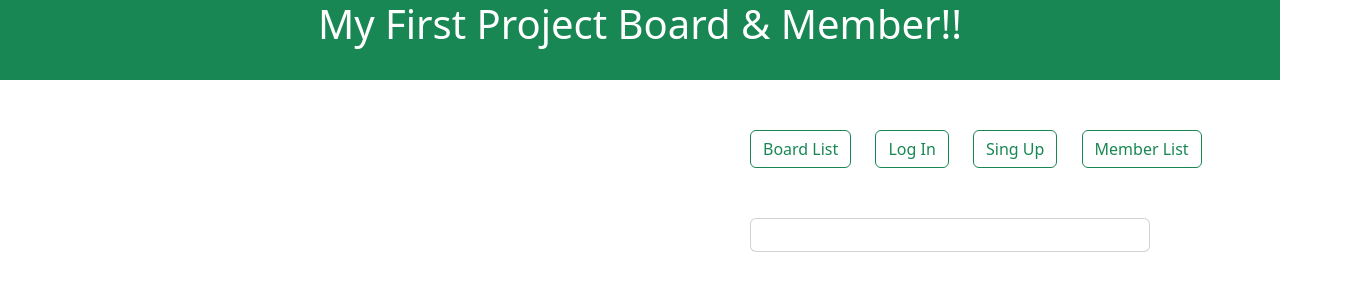
Repository: Raneechoi/java2022_09_03
Page: http://localhost/Project/mem/login_auth
The author's editor kept a copy of each file at every save. The page is drawn from the files as they stood at one save, then again after a run of saves.
The browser window is 1280 px wide. The page is 1350 px wide, so the pictures cover 1350 px, including what lies to the right of the window. The pictures show the whole page.
The page is served by Tomcat 9. Queries for data that is not in the repository find no rows.

Above is the page before, as saved 2022-12-08 06:15:50.

After the next 2 saves:
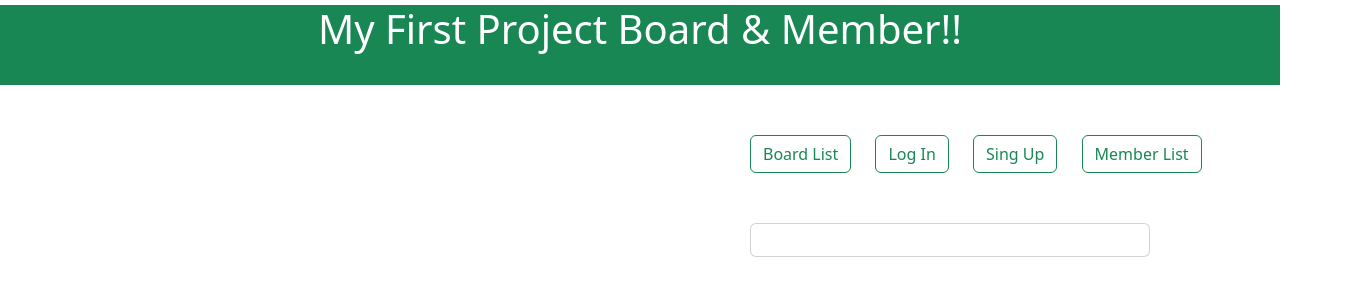
The 2 saves are shown as one change because they came seconds apart.
The last was saved 12 s later.
--- a/JSP_Board&Member/Project/src/main/webapp/index.jsp
+++ b/JSP_Board&Member/Project/src/main/webapp/index.jsp
@@ -13,7 +13,7 @@
 </head>
 <body>
 <div style="height: 80px; color:white; background-color: #198754;">
-	<h1 style="text-align: center;">My First Project Board & Member!!</h1>
+	<h1 style="text-align: center; margin-top: 5px;">My First Project Board & Member!!</h1>
 </div>
 
 <div style="width: 600px; display:inline-block; margin-left: 750px; margin-top: 50px;">

After the save that followed:
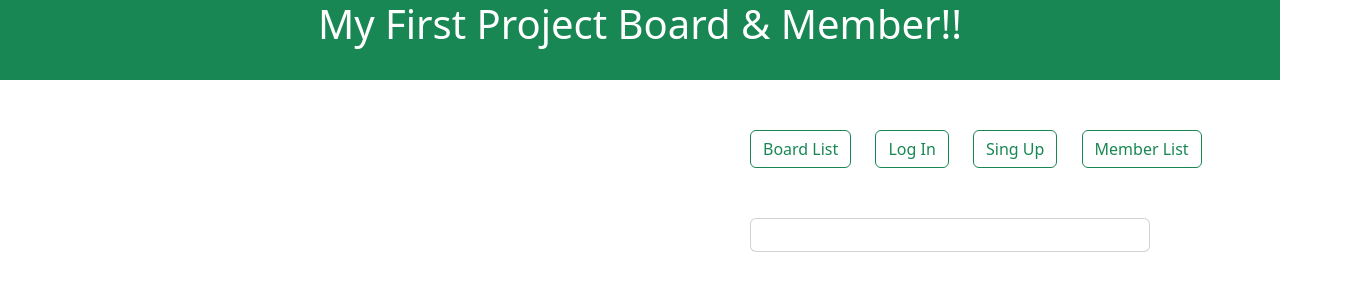
Saved 23 s later.
--- a/JSP_Board&Member/Project/src/main/webapp/index.jsp
+++ b/JSP_Board&Member/Project/src/main/webapp/index.jsp
@@ -13,7 +13,7 @@
 </head>
 <body>
 <div style="height: 80px; color:white; background-color: #198754;">
-	<h1 style="text-align: center; margin-top: 5px;">My First Project Board & Member!!</h1>
+	<h1 style="text-align: center;">My First Project Board & Member!!</h1>
 </div>
 
 <div style="width: 600px; display:inline-block; margin-left: 750px; margin-top: 50px;">
